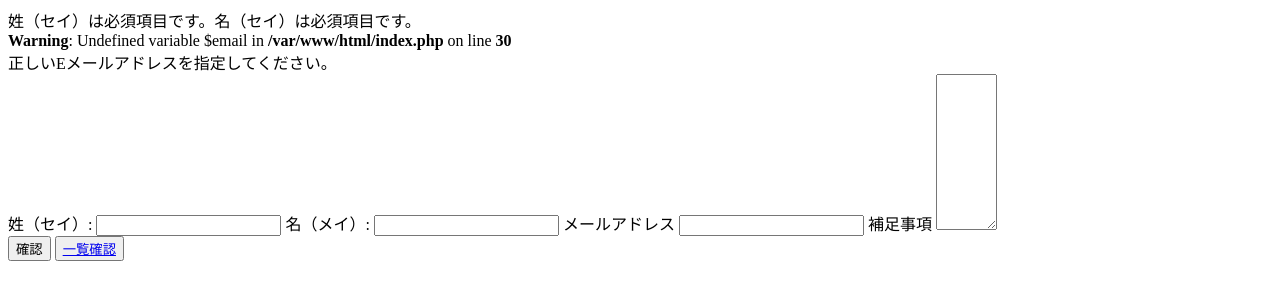
Repository: yoshiryoryo/phpform2
Page: http://localhost/
The author's editor kept a copy of each file at every save. The page is drawn from the files as they stood at one save, then again after the next save.
The browser window is 1280 px wide. The pictures show the whole page.
The page is run by PHP 8.4 with error messages shown; the project is at /var/www/html/.

Above is the page before, as saved 2021-03-05 12:04:29.

After the next save:
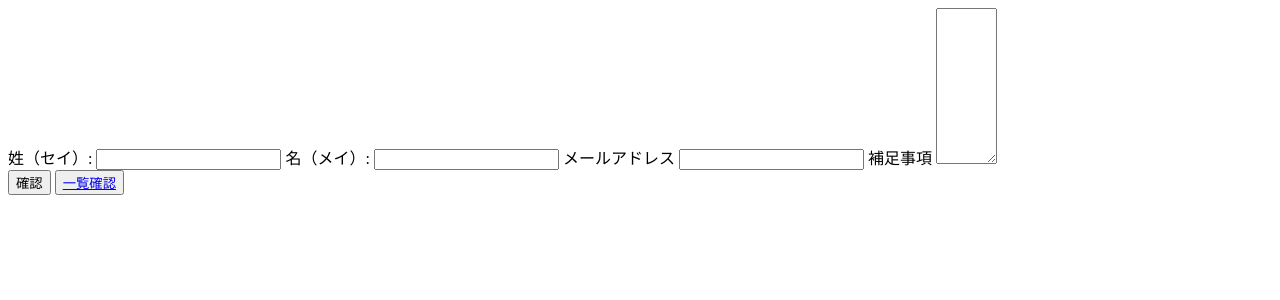
Saved 33 s later.
--- a/index.php
+++ b/index.php
@@ -10,26 +10,6 @@ function generateToken()
 $token = generateToken();
 $_SESSION['token'] = $token;
 
-// バリデーション
-// 姓（セイ）の場合
-if(empty($sei)){
-    echo '姓（セイ）は必須項目です。';
-  } elseif (preg_match("/^[ァ-ヶー]+$/u", $sei)) {
-    echo '全角カナで入力してください。';
-  }
-
-// 名（メイ）の場合
-if(empty($mei)){
-    echo '名（セイ）は必須項目です。';
-  } elseif (preg_match("/^[ァ-ヶー]+$/u", $mei)) {
-    echo '全角カナで入力してください。';
-  }
-
-
-// メールアドレスの場合
-if(!filter_var($email, FILTER_VALIDATE_EMAIL)){
-  echo '正しいEメールアドレスを指定してください。';
-}
 ?>
 
 <!DOCTYPE html>
